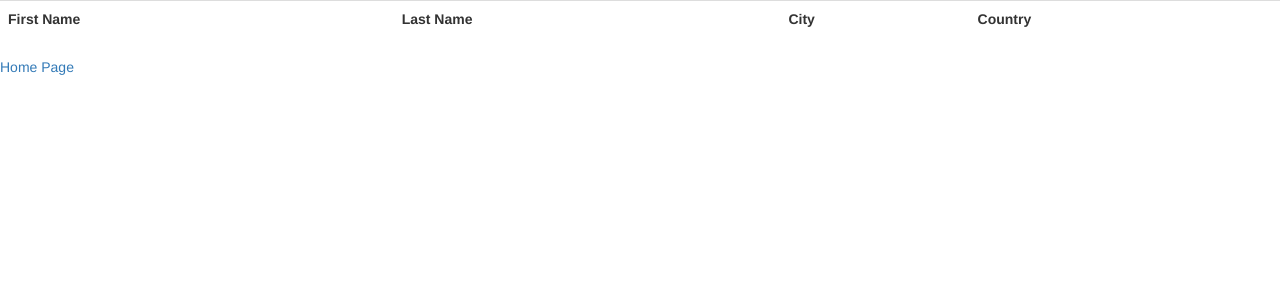
Repository: SaumyaGuptaTechnokrat/Employee_management
Page: http://localhost/Employee/EmployeeList.jsp
The author's editor kept a copy of each file at every save. The page is drawn from the files as they stood at one save, then again after the next save.
The browser window is 1280 px wide. The pictures show the whole page.
The page is served by Tomcat 9. Queries for data that is not in the repository find no rows.

Above is the page before, as saved 2023-02-12 07:49:43.

After the next save:
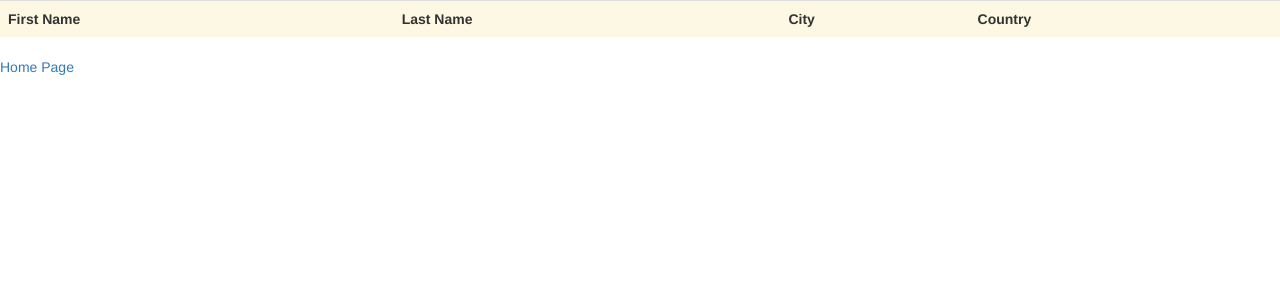
Saved 5 min 12 s later.
--- a/Employee/src/main/webapp/EmployeeList.jsp
+++ b/Employee/src/main/webapp/EmployeeList.jsp
@@ -10,7 +10,7 @@
 </head>
 <body>
 <%
-out.print("<table align='center' class='table'><tr><th>First Name</th><th>Last Name</th><th>City</th><th>Country</th></tr>");
+out.print("<table align='center' class='table bg-warning'><tr><th>First Name</th><th>Last Name</th><th>City</th><th>Country</th></tr>");
 for(Employee e:(List<Employee>)EmployeeDAO.getAllEmployee())
 {
 	out.print("<tr>");
